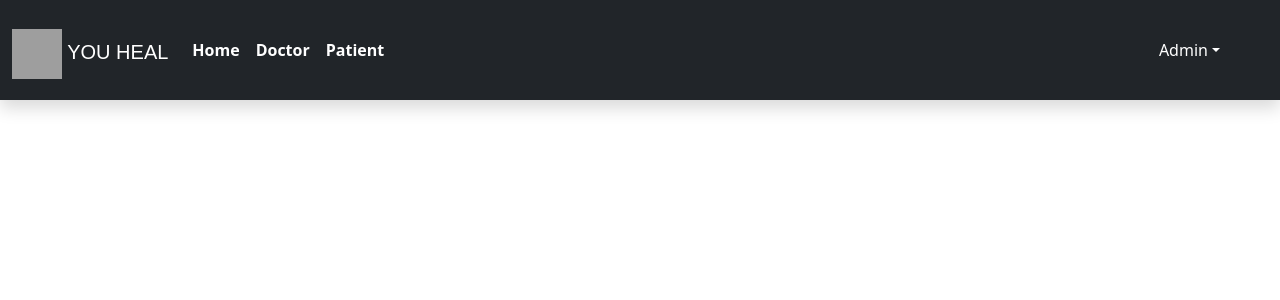
Repository: Akshatayadav/JavaProject
Page: http://localhost/YouHeal/admin/header.jsp
These files come from the project's save history. The page is drawn as it stood at one moment and after the next save; the edit follows.
The browser window is 1280 px wide. The pictures show the whole page.
Pictures or frames that could not be fetched are drawn as grey boxes. Some web libraries are served in a nearby version. The page is served by Tomcat 9.

Above is the page before, as saved 2023-04-17 16:18:27.

After the next save:
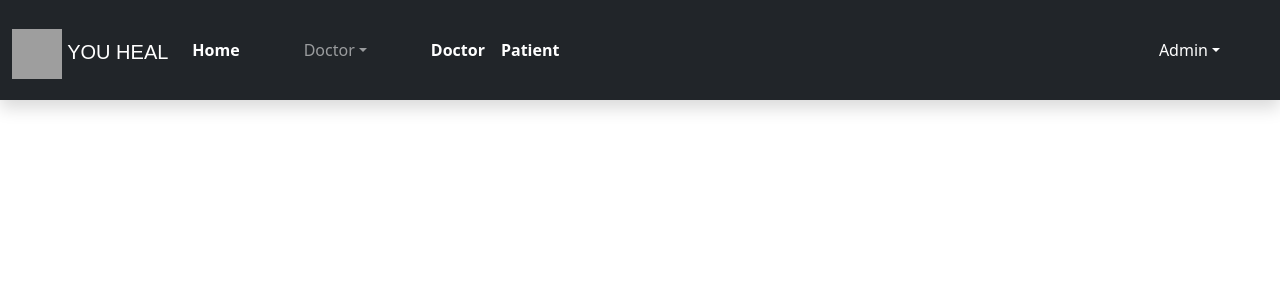
Saved 2 min 1 s later.
--- a/YouHeal/src/main/webapp/admin/header.jsp
+++ b/YouHeal/src/main/webapp/admin/header.jsp
@@ -44,6 +44,18 @@
         <li class="nav-item">
           <b><a class="nav-link active" href="home.jsp">Home</a></b>
         </li>
+        <div class="btn-group">
+
+    		<a href="#" class="nav-link dropdown-toggle mx-5" role="button" data-bs-toggle="dropdown">Doctor</a>
+                <ul class="dropdown-menu">
+                 <li>
+                   <a href="/YouHeal/AdminLogin?action=logout" class="dropdown-item">Add Doctor</a>
+                   <a href="/YouHeal/AdminLogin?action=logout" class="dropdown-item">View Doctor</a>
+                 </li>
+
+
+                        </ul>
+		</div>
         <li class="nav-item">
           <b><a class="nav-link active" href="../jsp/doctor.jsp">Doctor</a></b>
         </li>
